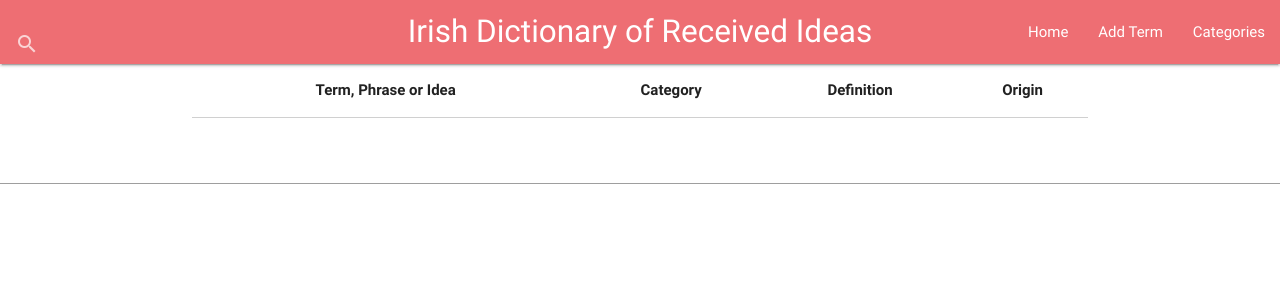
Repository: kalkiboru111/irish-dictionary-of-received-ideas
Page: http://localhost/
The author's editor kept a record of every edit. The page is drawn from the files as they stood at one moment, then again after the next edit.
The browser window is 1280 px wide. The pictures show the whole page.
Some web libraries are served in a nearby version. The page is served by the project's application, run on Flask 3 (app.py). Queries for data that is not in the repository find no rows.

Above is the page before.
Console error: TypeError: $(...).sidenav is not a function

### templates/terms.html

{% extends 'base.html' %}
{% block content %}

    <table class="highlight centered responsive-table">
        <thead>
          <tr>
              <th>Term, Phrase or Idea</th>
              <th>Category</th>
              <th>Definition</th>
              <th>Origin</th>
          </tr>
        </thead>
        <tbody>
        {% for term in terms %}
          <tr>
            <td>{{term.term_name}}</td>
            <td>{{term.category_name}}</td>
            <td>{{term.term_definition}}</td>
            <td>{{term.term_origin}}</td>
            <td><a href="{{url_for('delete_term', term_id=term._id)}}" class="waves-effect waves-light btn btn_small">Passe</a></td>
            <td><a href="{{url_for('edit_term', term_id=term._id)}}" class="waves-effect waves-light btn btn-small">Refine</a></td>
          </tr>
         {% endfor %}
        </tbody>
    </table>

{% endblock %}

### templates/base.html
<!DOCTYPE html>
<html>

<head>
    <link href="https://fonts.googleapis.com/icon?family=Material+Icons" rel="stylesheet">
    <link rel="stylesheet" href="https://cdnjs.cloudflare.com/ajax/libs/materialize/0.100.2/css/materialize.min.css">
    <link rel="stylesheet" href="{{url_for('static', filename='css/style.css')}}" type="text/css" />
    <script src="https://kit.fontawesome.com/845efe5847.js"></script>
</head>

<body>
    <header>
        <nav>
            <div class="nav-wrapper">
                <ul>
                    <li><a href="{{url_for('get_terms')}}" class="brand-logo center">Irish Dictionary of Received Ideas</a></li>
                </ul>
                <form>
                    <div class="input-field">
                        <input id="search" class="autocomplete" type="search" required>
                        <label for="search"><i class="material-icons">search</i></label>
                        <i class="material-icons icon-close">close</i>
                    </div>
                </form>


                <i class="material-icons prefix">textsms</i>
                <input type="text" id="autocomplete-input" class="autocomplete">





                <ul id="main-menu" class="right">
                    <li><a href="{{url_for('get_terms')}}">Home</a></li>
                    <li><a href="{{url_for('add_term')}}">Add Term</a></li>
                    <li><a href="{{url_for('get_categories')}}">Categories</a></li>
                </ul>
            </div>
        </nav>
    </header>
    <div class="container">
        {% block content %} {% endblock %}
    </div>
    <script src="https://cdnjs.cloudflare.com/ajax/libs/jquery/3.2.1/jquery.min.js"></script>
    <script src="https://cdnjs.cloudflare.com/ajax/libs/materialize/0.100.2/js/materialize.min.js"></script>
    <script type="text/javascript">
        $(document).ready(function() {
            $('select').material_select();
            $('.sidenav').sidenav();
        });
    </script>

</body>

</html>

### app.py
import os
from flask import Flask, render_template, redirect, request, url_for
from flask_pymongo import PyMongo
from bson.objectid import ObjectId

app = Flask(__name__)

app.config['MONGO_DBNAME'] = 'irish_dictionary'
app.config["MONGO_URI"] = os.getenv("MONGO_URI")

mongo = PyMongo(app)

@app.route('/')

# View directs user to terms page
@app.route('/get_terms')
def get_terms():
    return render_template("terms.html",
    terms=mongo.db.terms.find())


@app.route('/add_term')
def add_term():
    return render_template("add_term.html",
    categories=mongo.db.categories.find())

@app.route('/insert_term', methods=['POST'])
def insert_term():
    terms = mongo.db.terms
    terms.insert_one(request.form.to_dict())
    return redirect(url_for('get_terms'))

@app.route('/edit_term/<term_id>')
def edit_term(term_id):
    the_term =  mongo.db.terms.find_one({"_id": ObjectId(term_id)})
    all_categories =  mongo.db.categories.find()


    print(mongo.db)
    return render_template('edit_term.html', term=the_term,
                           categories=all_categories)


@app.route('/update_term/<term_id>', methods=['POST'])
def update_term(term_id):
    terms = mongo.db.terms
    terms.update( {"_id": ObjectId(term_id)},
    {   'term_name':request.form.get('term_name'),
        'category_name':request.form.get('category_name'),
        'term_definition': request.form.get('term_definition'),
        'term_origin':request.form.get('term_origin')
    })
    return redirect(url_for('get_terms'))

@app.route('/delete_term/<term_id>')
def delete_term(term_id):
    mongo.db.terms.remove({"_id": ObjectId(term_id)})
    return redirect(url_for('get_terms'))

@app.route('/get_categories')
def get_categories():
    return render_template("categories.html",
    categories=mongo.db.categories.find())

@app.route('/edit_category/<category_id>')
def edit_category(category_id):
    return render_template('editcategory.html',
    category=mongo.db.categories.find_one(
    {'_id': ObjectId(category_id)}))

@app.route('/update_category/<category_id>', methods=['POST'])
def update_category(category_id):
    mongo.db.categories.update(
        {'_id': ObjectId(category_id)},
        {'category_name': request.form.get('category_name')})
    return redirect(url_for('get_categories'))

@app.route('/delete__category/<category_id>')
def delete_category(category_id):
    mongo.db.categories.remove(
        {'_id': ObjectId(category_id)})
    return redirect(url_for('get_categories'))

@app.route('/insert_category', methods=['POST'])
def insert_category():
    category_doc = {'category_name': request.form.get('category_name')},
    mongo.db.categories.insert_one(category_doc)
    return redirect(url_for('get_categories'))

@app.route('/add_category')
def add_category():
    return render_template('addcategory.html')

@app.route('/find_term', methods=['POST'])
def find_term(term_name):
    return render_template('searchresults.html',
    term=mongo.db.categories.find_one(
    {'term_name': ObjectId(term_name)}))

if __name__ == '__main__':
    app.run(host=os.environ.get('IP'),
            port=int(os.environ.get('PORT')),
            debug=True)

### static/css/style.css
/* body {
    background-color: red;
} */



#main-menu {position:absolute; right:0; top : 0;}

.brand-logo {position:absolute; z-index: 9;}

After the next edit:
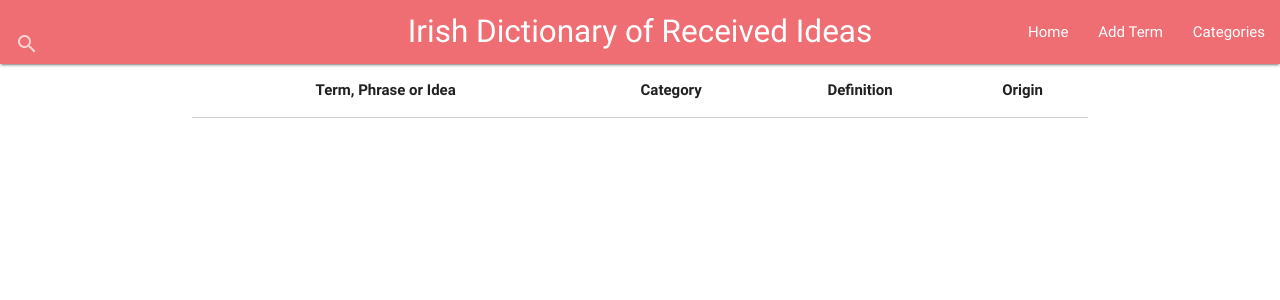
The edit:
--- a/templates/base.html
+++ b/templates/base.html
@@ -22,15 +22,6 @@
                         <i class="material-icons icon-close">close</i>
                     </div>
                 </form>
-
-
-                <i class="material-icons prefix">textsms</i>
-                <input type="text" id="autocomplete-input" class="autocomplete">
-
-
-
-
-
                 <ul id="main-menu" class="right">
                     <li><a href="{{url_for('get_terms')}}">Home</a></li>
                     <li><a href="{{url_for('add_term')}}">Add Term</a></li>
